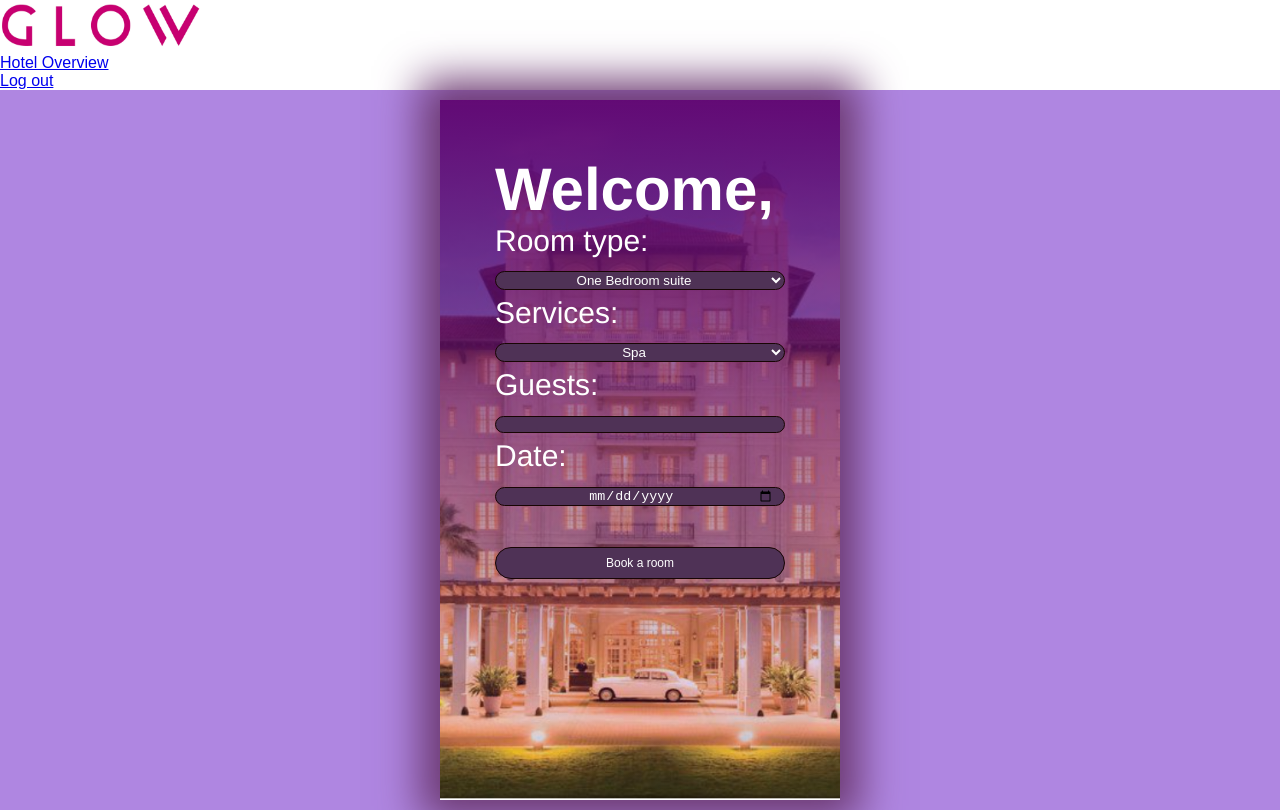
Repository: M-p1998/solo-dojo-project
Page: http://localhost/hotel/WEB-INF/hotel/room.jsp
An editor plug-in stored every save of this project. The page is shown before and after the next save, followed by the edit.
The browser window is 1280 px wide. The pictures show the whole page.
The page is served by Tomcat 9. Nobody is signed in. Other server files are loaded and not shown. The template is opened directly, without the code that normally fills it, so the values that code supplies are empty.

Above is the page before, as saved 2022-02-14 17:47:34.

### hotel/src/main/webapp/WEB-INF/hotel/room.jsp
<%@ page language="java" contentType="text/html; charset=UTF-8"
    pageEncoding="UTF-8"%>
<%@ taglib prefix="c" uri="http://java.sun.com/jsp/jstl/core" %>
<%@ taglib prefix="form" uri="http://www.springframework.org/tags/form"%>
<!DOCTYPE html>
<html>
<head>
<meta charset="UTF-8">
<title>Book a room</title>
<link href="/css/room.css" rel="stylesheet" type="text/css">
</head>
<body>


		<header>
				<img class="logo" src="/image/hotelLogo.png"
					width="200" height="50">

					<nav>
					<ul class="nav_links">
						<li class="nav-item active "><a  href="/">Hotel Overview</a></li>
						<li class="nav-item active "><a  href="/logout">Log out</a></li>
					</ul>
					</nav>
			</header>

	<div class="container">
		<div class="card">
			<div class="box" id="card">
			<div class="card-front">
				<h1>Welcome, ${user.firstName}</h1>
				<form:form action="/create" method="post" modelAttribute="createARoom">
					<form:input type="hidden" value="${userId}" path="user"/>
					<p>
						<form:label path="room_type" class="title" >Room type:</form:label>
						<form:errors path="room_type" class="error"/>
						<form:select path="room_type" class="input-box" >

								<option class="title">One Bedroom suite</option>
								<option class="title">Presidential suite</option>
								<option class="title">Luxury suite</option>
								<option class="title">Signature suite</option>
								<option class="title">Master suite </option>
						</form:select>

					</p>
					<p>
						<form:label path="services" class="title">Services:</form:label>
						<form:errors path="services" class="error"/>
						<form:select path="services" class="input-box">

								<option >Spa</option>
								<option >Golf</option>
								<option >Meeting</option>
								<option >Wedding</option>
						</form:select>
					</p>
					<p>
						<form:label path="guests" class="title">Guests:</form:label>
						<form:errors path="guests" class="error"/>
						<form:input path="guests" type="number" min="0" max="5" class="input-box"/>
					</p>
					<p>
						<form:label path="date" class="title">Date:</form:label>
						<form:errors path="date" class="error"/>
						<form:input path="date" type="date" class="input-box" placeholder="Pick a date"/>
					</p>
					<input type="submit"  class="btn" value="Book a room"/>
				</form:form>
				</div>
			</div>
		</div>
	</div>
</body>
</html>

### hotel/src/main/webapp/css/room.css
@charset "UTF-8";

*{
	margin: 0;
	padding: 0;
}

body{
	font-family: sans-serif;
}

#nav-bar{
	position: sticky;
	top: 0;
	z-index: 10;

}

.navbar{
	background-image: linear-gradient(rgba(98, 10, 117),  rgba(0,0,255,0));
	padding: 0!important;
	background-color: orange;
}

.navbar-nav li{
	padding: 0 10px;
}

.navbar-nav li a{
	color: black;
	font-weight: 600;
	float: right;
	text-align: left;
}

#nav-bar ul li a:hover{
	color: orange !important;
}

.fa-bars{
	color: #fff;
	font-size: 30px !important;
}

.navbar-toggler{
	outline: none !important;
}

/* -----------room------------ */
.container{
	/* width:"100%";*/
	height: 100vh;
	width: 100%;
	max-width: 150rem;
	font-family:Helvetica;
	background: rgb(175, 134, 225);
	color: #fff;
	display:flex;
	align-items: center;
	justify-content: center;
}

.card{
	width:400px;
	height:700px;
	box-shadow: 0 0 40px 20px rgba(108 57 113);
	perspective: 1000px;
}

.box{
	position: relative;
	width: 100;
	height: 100%;
	transition: transform 1s;
	transform-style: preserve-3d;
}

.card-front{
	position: absolute;
	width: 100%;
	height: 100%;
	background-position: center;
	background-size: cover;
	background-image: linear-gradient(rgba(98, 10, 117), rgba(0,0,255,0)), url(/image/hotel.png);
	padding: 55px;
	box-sizing: border-box;
	backface-visibility: hidden;
	font-size: 30px;
}

.input-box{
	width: 100%;
	background: rgb(79, 50, 86);
	border: 1px solid #180503;
	margin: 6px 0;
	height: 32 px;
	border-radius: 100px;
	padding: 0 10px;
	box-sizing: border-box;
	outline: none;
	text-align: center;
	color: #fff;
}

.btn{
	width: 100%;
	background: rgb(79, 50, 86);
	border: 1px solid #180503;
	margin: 35px 0 10px;
	height: 32px;
	font-size: 12px;
	border-radius: 100px;
	padding: 0 10px;
	box-sizing: border-box;
	outline: none;
	color: #fff;
	cursor: pointer;
}

After the next save:
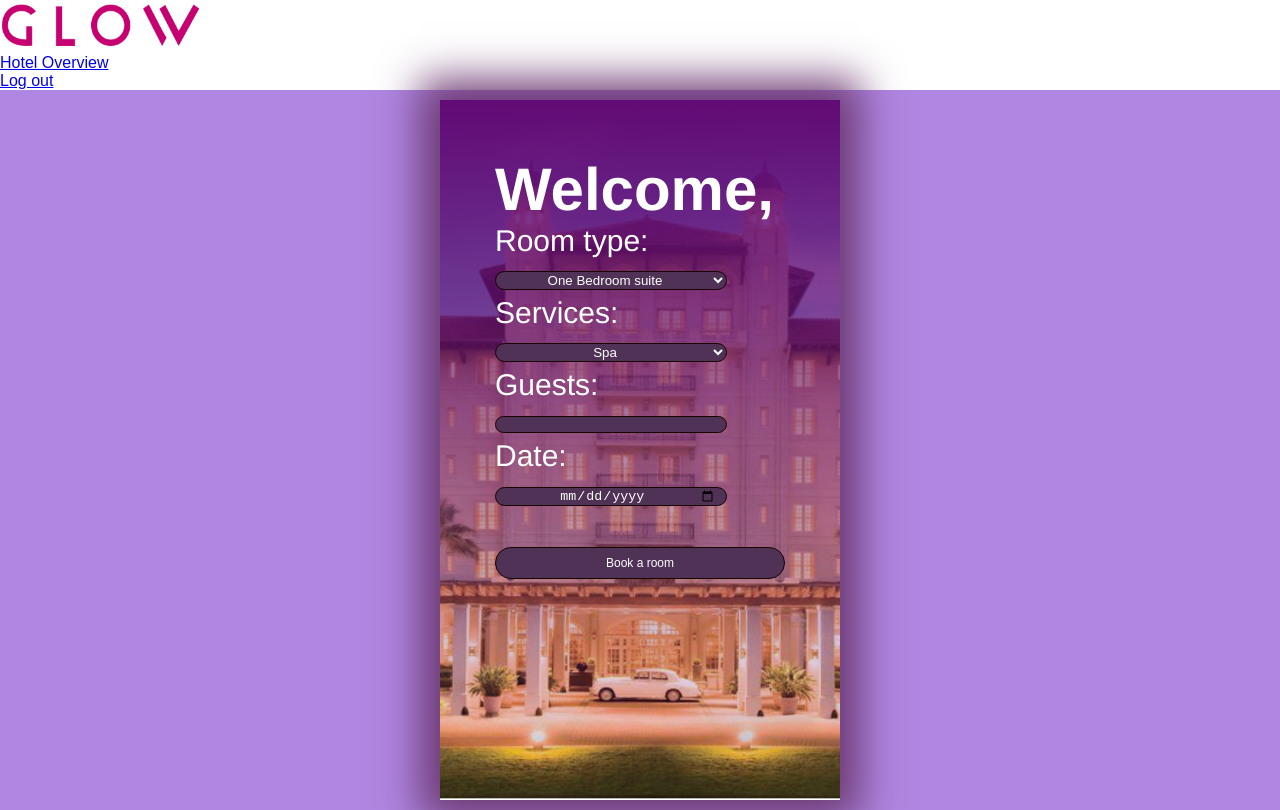
Saved 56 min 34 s later.
--- a/hotel/src/main/webapp/css/room.css
+++ b/hotel/src/main/webapp/css/room.css
@@ -89,7 +89,7 @@ body{
 }
 
 .input-box{
-	width: 100%;
+	width: 80%;
 	background: rgb(79, 50, 86);
 	border: 1px solid #180503;
 	margin: 6px 0;
